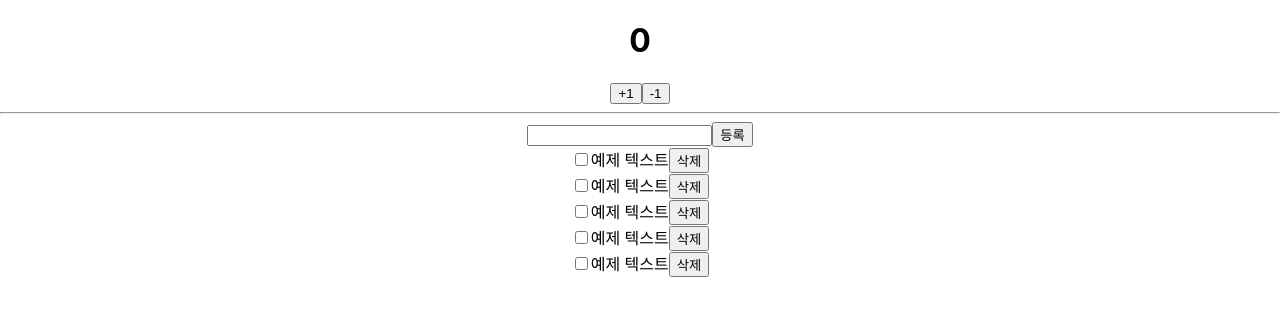
Repository: SeungYn/redux-react
Page: /
These files come from the project's save history. The page is drawn as it stood at one moment and after the next save; the edit follows.
The browser window is 1280 px wide. The pictures show the whole page.
The project was rebuilt for these pictures with package versions that can differ from the ones it lists, and the page was loaded fresh each time.

Above is the page before, as saved 2022-09-16 00:35:55.

After the next save:
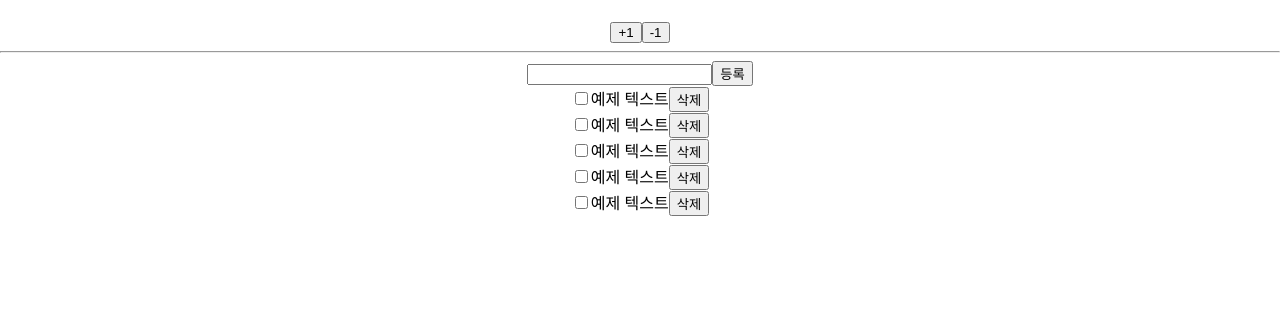
Saved 2 min 45 s later.
--- a/src/App.js
+++ b/src/App.js
@@ -1,12 +1,12 @@
-import logo from './logo.svg';
 import './App.css';
 import Counter from './components/Counter';
 import Todos from './components/Todos';
+import CounterContainer from './containers/CounterContainer';
 
 function App() {
   return (
     <div className='App'>
-      <Counter number={0} />
+      <CounterContainer />
       <hr />
       <Todos />
     </div>

After the save that followed:
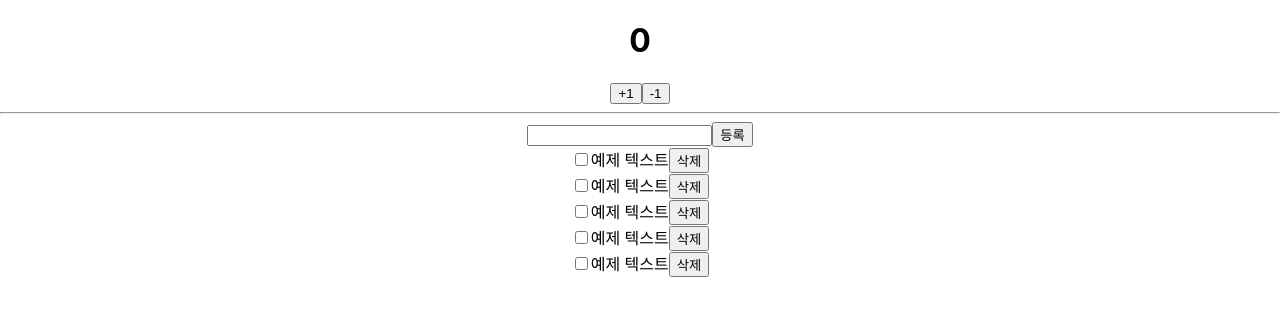
Saved 14 min 34 s later.
--- a/src/containers/CounterContainer.jsx
+++ b/src/containers/CounterContainer.jsx
@@ -19,4 +19,7 @@ const mapDispatchToProps = (dispatch) => ({
   },
 });
 
-export default CounterContainer;
+//리덕스와 연결해주는 함수 connect를 호출하면 또 다른 함수를 반환 반환된 함수에 컴포넌트를 파라미터로 넣어 주면
+//리덕스와 연동된 컴포넌트가 만들어짐
+console.log(connect(mapStateToProps, mapDispatchToProps)(CounterContainer));
+export default connect(mapStateToProps, mapDispatchToProps)(CounterContainer);
